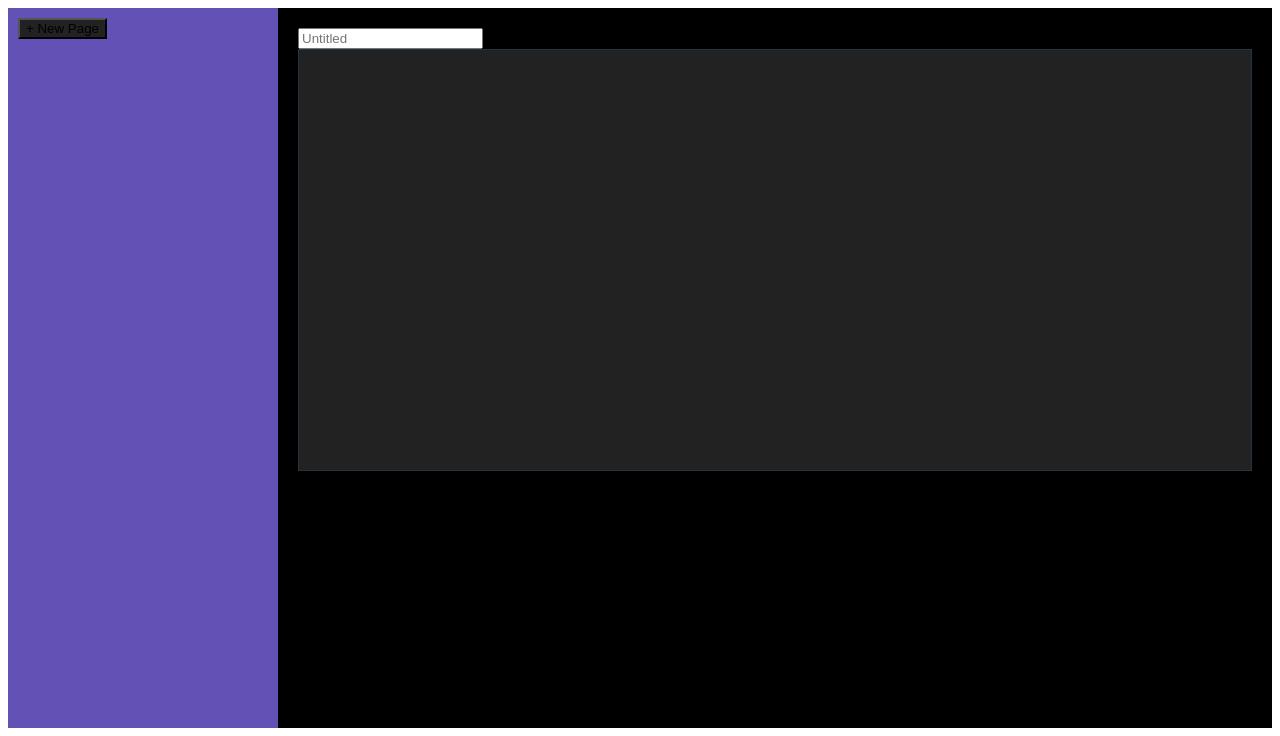
Repository: Dharshinimk-521/notes-app
Page: index.html
An editor plug-in stored every save of this project. The page is shown before and after the next save, followed by the edit.
The browser window is 1280 px wide. The pictures show the whole page.

Above is the page before, as saved 2026-04-18 19:56:06.

### index.html
<!DOCTYPE html>
<html lang="en">
    <head>
        <meta charset="UTF-8">
        <meta name="viewport" content="width=device-width, initial-scale=1.0">
        <title>Notes App</title>
        <link rel="stylesheet" href="style.css">
        <script src="app.js" defer></script>
    </head>
    <body>
    <div class="app">

        <aside class="sidebar">
        <button id="newPageBtn">+ New Page</button>
        <ul id="pageList"></ul>
        </aside>

        <main class="editor">
        <input id="pageTitle" placeholder="Untitled" />
        <div id="editorArea" contenteditable="true"></div>
        </main>

    </div>


    </body>
</html>

### style.css

.app {
  margin: 0;
  display: flex;
  height: 100vh;
  background-color: black;
}

.sidebar {
  width: 250px;
  background: #6351b5;
  padding: 10px;
}

.editor {
  flex: 1;
  padding: 20px;
}

#editorArea {
  min-height: 400px;
  background-color: #222222;
  border: 1px solid #2a6c9e3e;
  padding: 10px;
}
#newPageBtn{
 background-color: #222222;
}

Loaded but not shown: app.js (no copy from this time; the picture is the same without it)

After the next save:
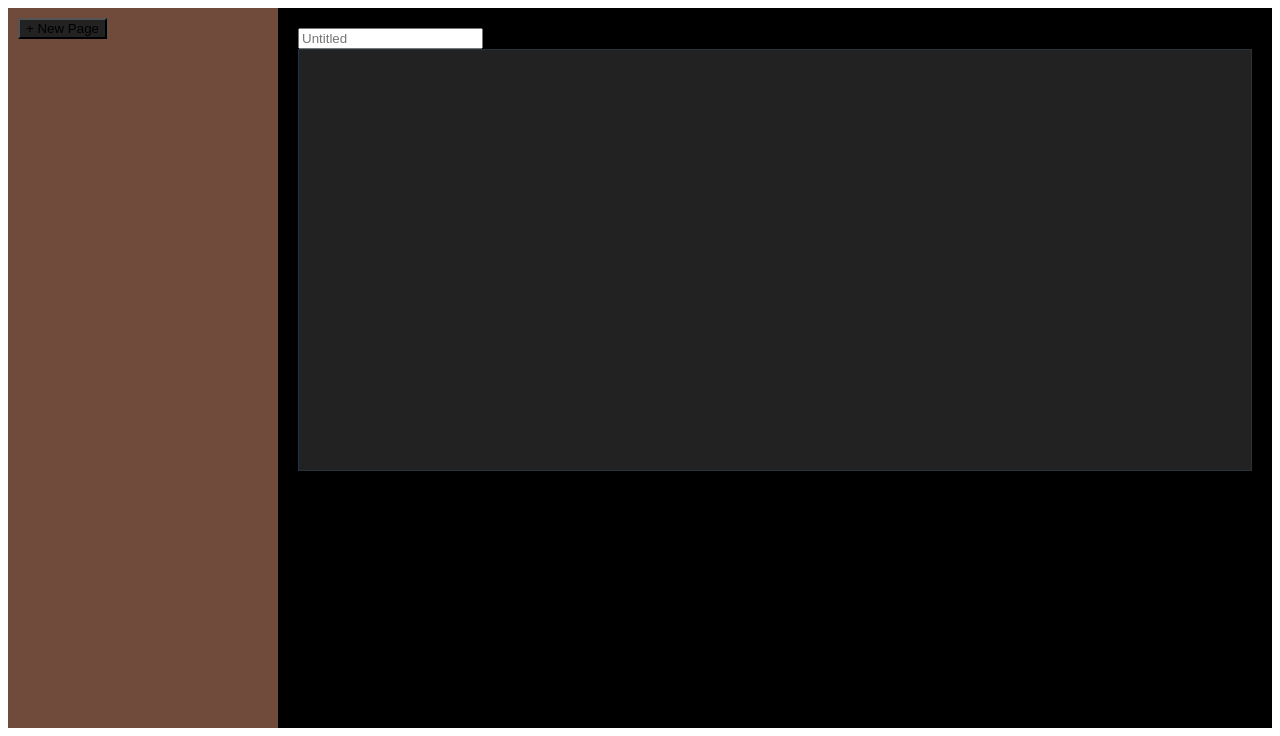
Saved 58 s later.
--- a/style.css
+++ b/style.css
@@ -8,7 +8,7 @@
 
 .sidebar {
   width: 250px;
-  background: #6351b5;
+  background: #704B3C;
   padding: 10px;
 }
 
